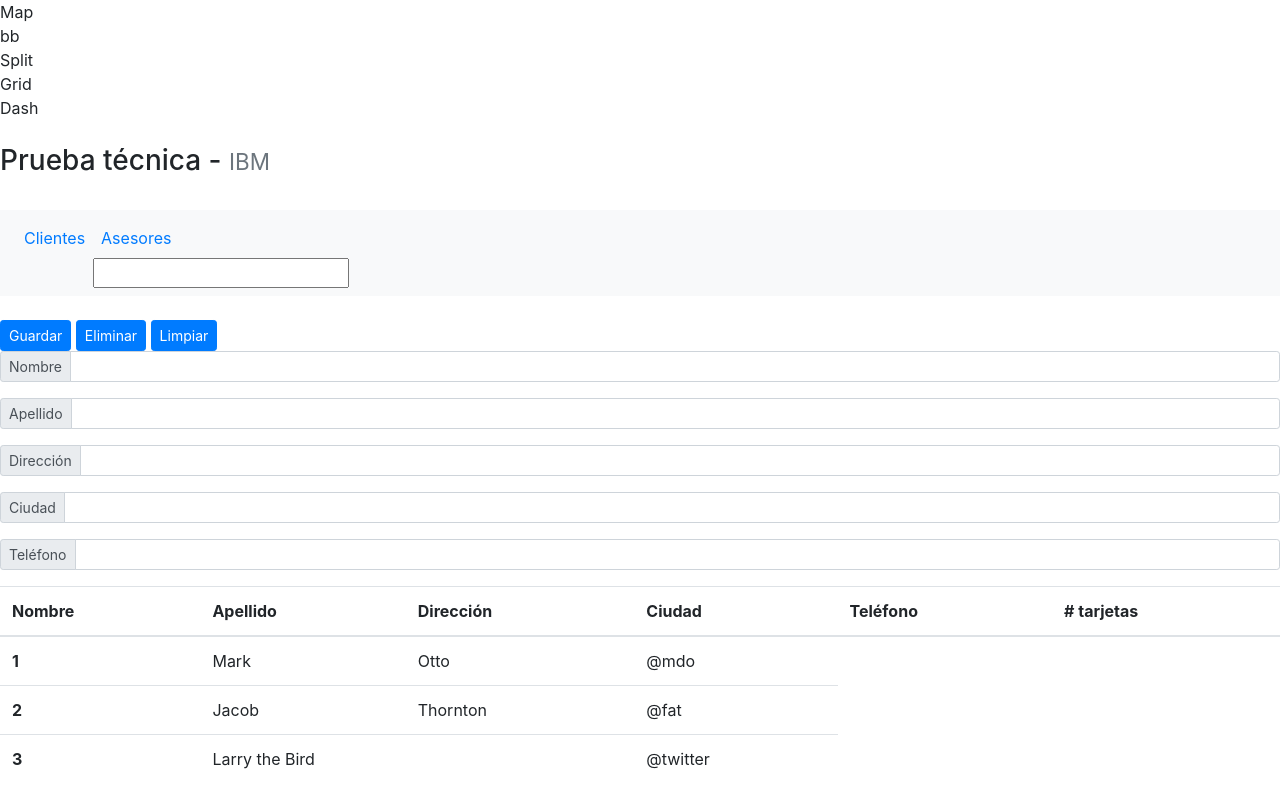
Repository: analozano16/ibm
Page: prueba_banco_war/src/main/webapp/index.html
These files come from the project's save history. The page is drawn as it stood at one moment and after the next save; the edit follows.
The browser window is 1280 px wide. The pictures show the whole page.
Some web libraries are served in a nearby version.

Above is the page before, as saved 2020-02-02 22:03:51.

After the next save:
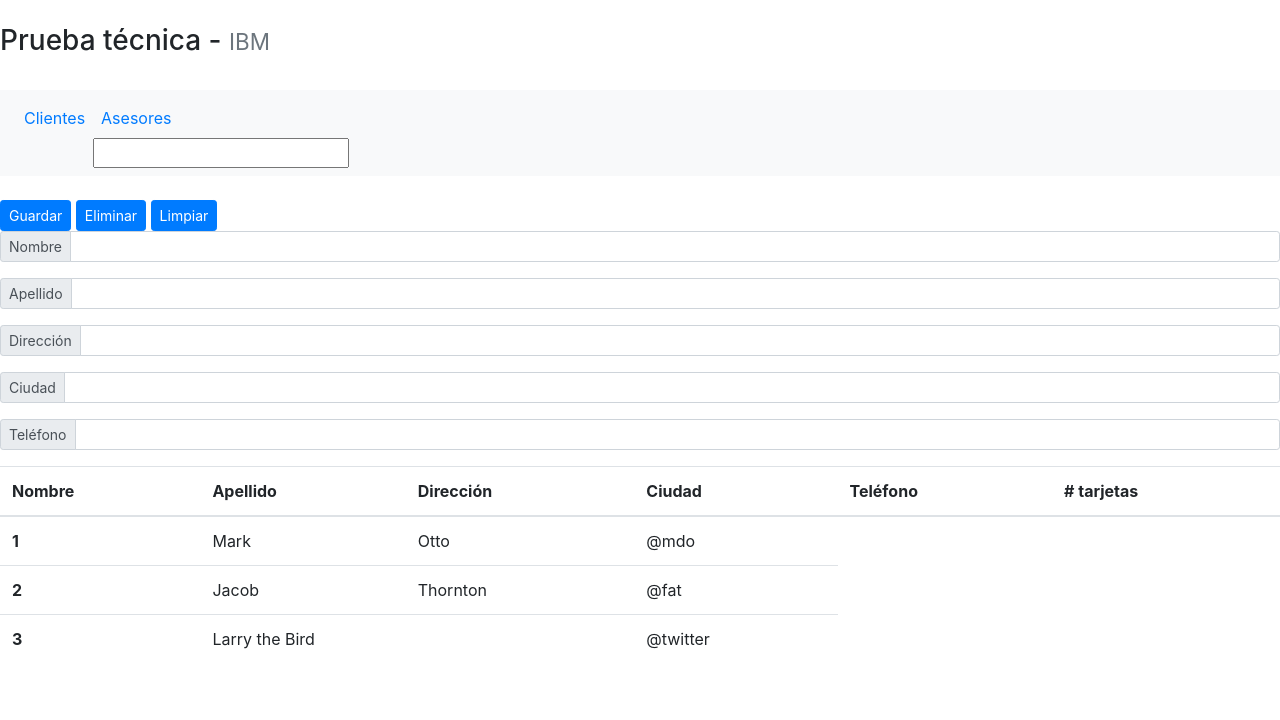
Saved 33 s later.
--- a/prueba_banco_war/src/main/webapp/index.html
+++ b/prueba_banco_war/src/main/webapp/index.html
@@ -13,25 +13,6 @@
 </head>
 <body>
 
-<div class="left">
-    <div class="item">
-        <i class="fas fa-fw fa-bars"></i>
-    </div>
-    <div class="item active">
-        <i class="fas fa-fw fa-map-marked-alt"></i> Map
-        <br/>
-        bb
-    </div>
-    <div class="item">
-        <i class="fas fa-fw fa-columns"></i> Split
-    </div>
-    <div class="item">
-        <i class="fas fa-fw fa-th"></i> Grid
-    </div>
-    <div class="item">
-        <i class="fas fa-fw fa-user-circle"></i> Dash
-    </div>
-</div>
 
 
 
